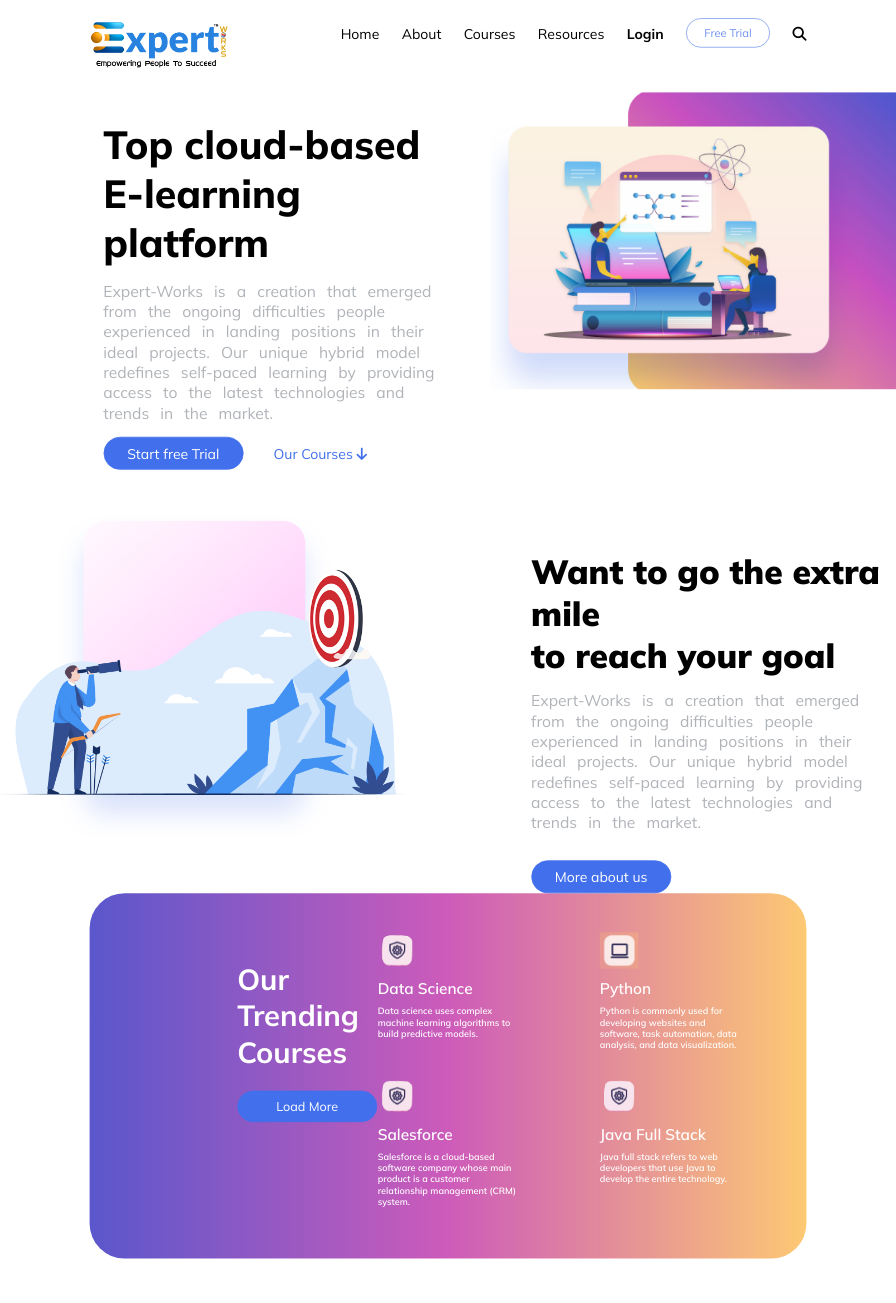
Repository: FlyweisReact/Raghu-B2C
Page: /homePage
The author's editor kept a copy of each file at every save. The page is drawn from the files as they stood at one save, then again after the next save.
The browser window is 1280 px wide. The pictures show the whole page, at 70% of full size.
Some web libraries are served in a nearby version. The project was rebuilt for these pictures with package versions that can differ from the ones it lists, and the page was loaded fresh each time. Also part of the build but not shown: src/Footer/footer.scss, src/Footer/Footer.jsx, src/component/pages/courses/course.scss, src/component/Navbar/nav.scss, src/component/Navbar/Nav.jsx, src/component/navigation/NavItems.js, src/component/navigation/Dropdown.css, src/component/navigation/Dropdown.js and 43 more.

Above is the page before, as saved 2023-02-03 16:24:50.

After the next save:
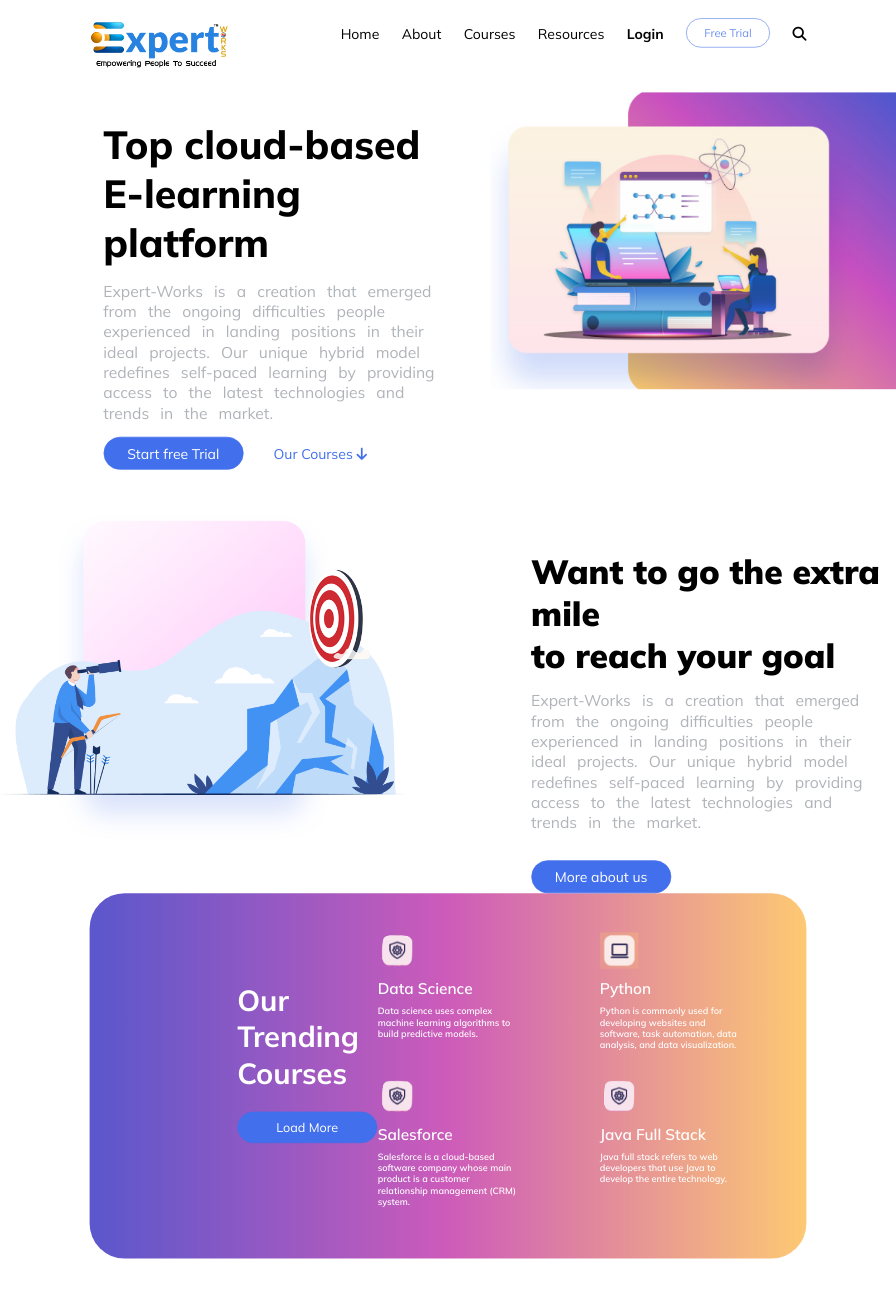
Saved 20 s later.
--- a/src/HomePage.css
+++ b/src/HomePage.css
@@ -122,7 +122,7 @@
   padding-top: 2%;
 }
 .centerMainDiv .left {
-    margin-top:7%;
+    margin-top:10%;
     color: #fff;
     font-size: 2.6rem;
     font-weight: bold;

After the save that followed:
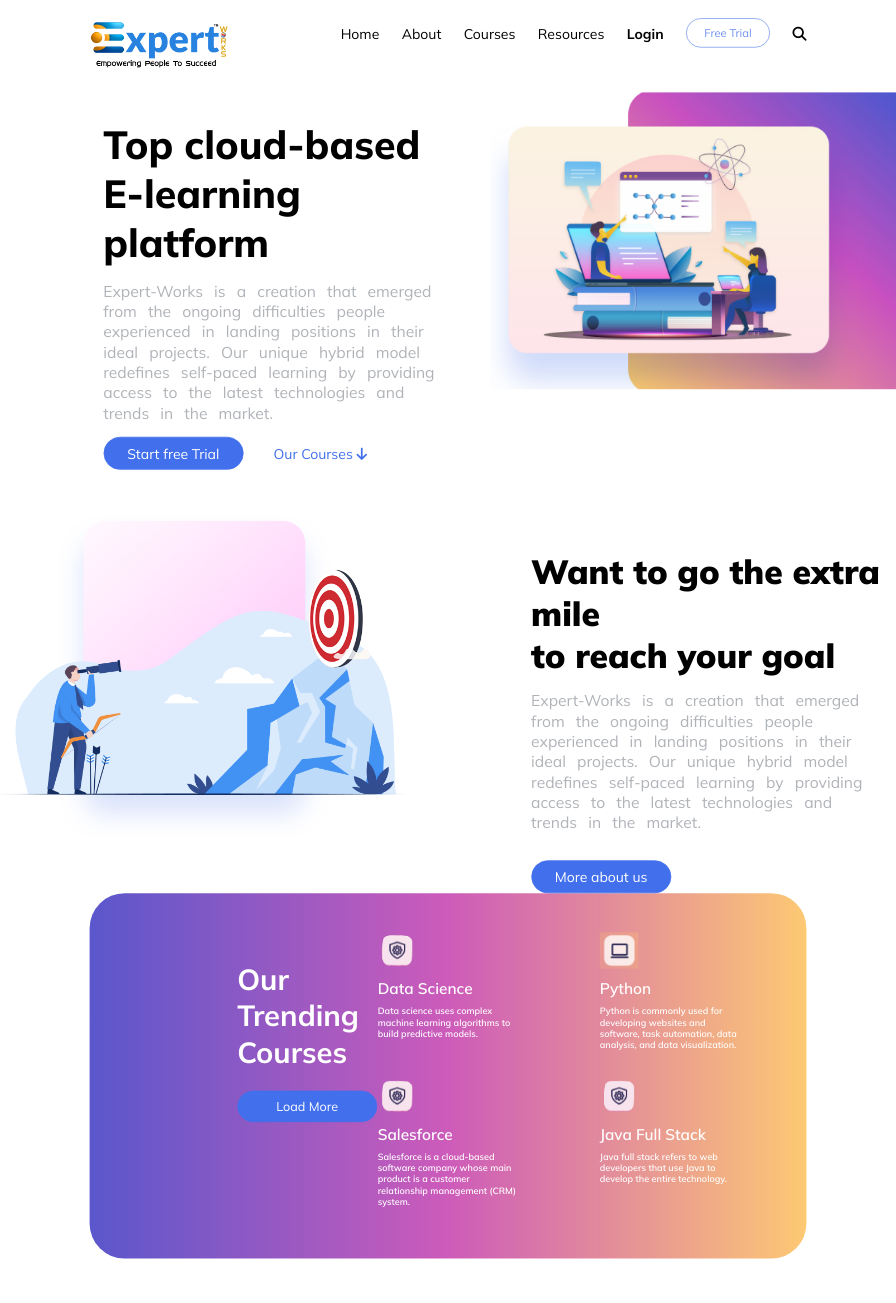
Saved 4 s later.
--- a/src/HomePage.css
+++ b/src/HomePage.css
@@ -122,7 +122,7 @@
   padding-top: 2%;
 }
 .centerMainDiv .left {
-    margin-top:10%;
+    margin-top:7%;
     color: #fff;
     font-size: 2.6rem;
     font-weight: bold;
